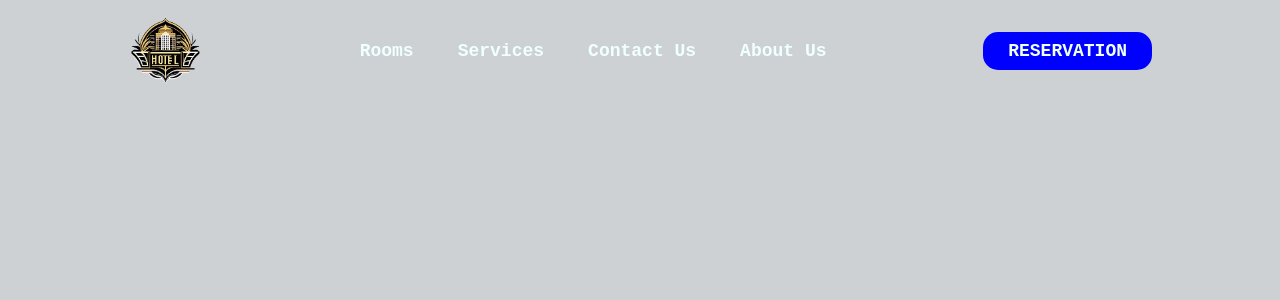
Repository: DhananjayaLakshan/Uom-Web_Design_For_Beginners
Page: Final Assignment/index.html
These files come from the project's save history. The page is drawn as it stood at one moment and after the next save; the edit follows.
The browser window is 1280 px wide. The pictures show the whole page.

Above is the page before, as saved 2023-11-29 13:59:16.

### Final Assignment/index.html
<!DOCTYPE html>
<html lang="en">
<head>
    <meta charset="UTF-8">
    <meta name="viewport" content="width=device-width, initial-scale=1.0">
    <title>Ceylon Hotel</title>

    <link rel="stylesheet" href="style.css">
    <script src="script.js"></script>
</head>
<body>

    <header>
        <img class="logo" src="img/logo.png" alt="logo">

        <nav>
            <ul class="navBar">
                <li>
                    <a href="#"> Rooms</a>
                </li>

                <li>
                    <a href="#"> Services</a>
                </li>

                <li>
                    <a href="#"> Contact Us</a>
                </li>

                <li>
                    <a href="#"> About Us</a>
                </li>


            </ul>
        </nav>

        <a href="#"> <button>RESERVATION</button> </a>


    </header>

</body>
</html>

### Final Assignment/style.css
*{
    box-sizing: border-box;
    padding: 0;
    margin: 0;
    background-color: rgb(206, 209, 211);
}

li,a, button{
    font-family: 'Courier New', Courier, monospace;
    font-weight: 600;
    font-size: 18px;
    text-decoration: none;
    color: azure;
}

header{
    display: flex;
    justify-content: space-between;
    align-items: center;
    padding: 13px 10%;

}

.logo{
    width: 75px;
    height: 75px;
    cursor: pointer;
}

.navBar{
    list-style: none;
}

.navBar li{
    display: inline-block;
    padding: 0px 20px;
}

.navBar li a {
    transition: all 0.3s ease 0s;
}

.navBar li a:hover{
    color: red;
}

button{
    padding: 9px 25px;
    background-color:blue;
    border: none;
    border-radius: 15px;
    cursor:pointer;
    transition: all 0.3s ease 0s;
}

button:hover{
    color: red;
}

Loaded but not shown: Final Assignment/script.js (no stored copy; drawn as an empty file)

After the next save:
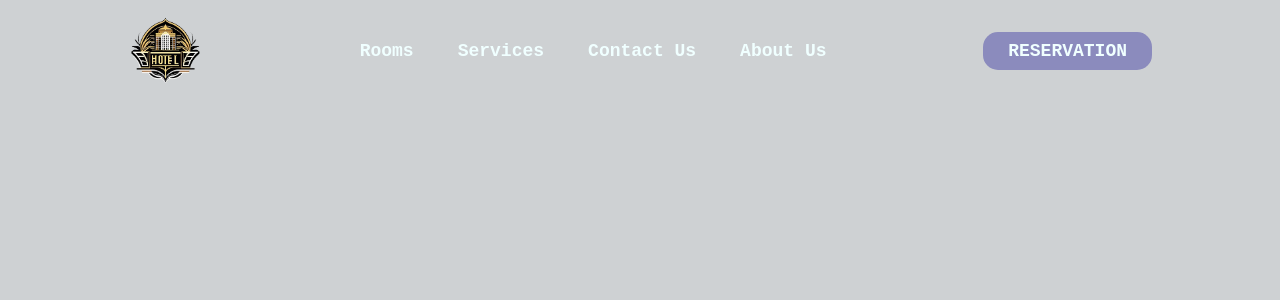
Saved 10 s later.
--- a/Final Assignment/style.css
+++ b/Final Assignment/style.css
@@ -46,7 +46,7 @@ header{
 
 button{
     padding: 9px 25px;
-    background-color:blue;
+    background-color:rgb(139, 139, 189);
     border: none;
     border-radius: 15px;
     cursor:pointer;
